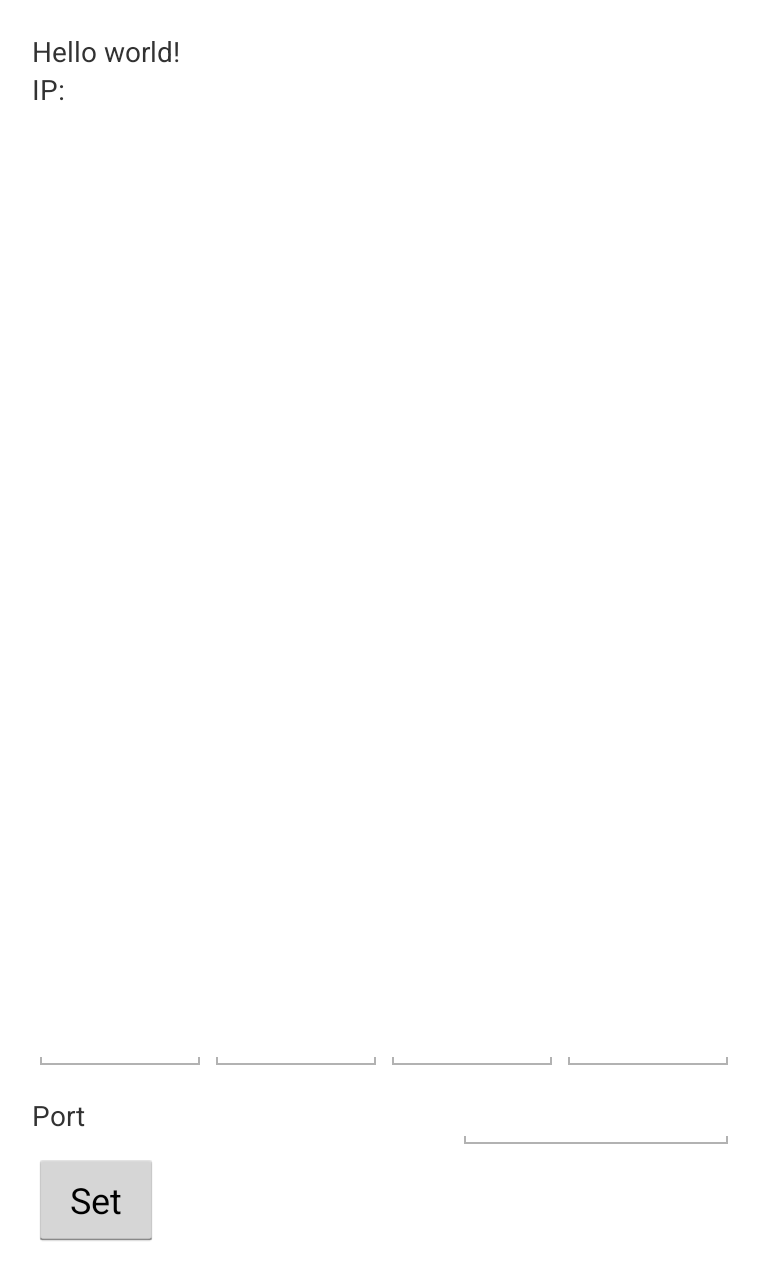
Repository: hfutcgncas/Android
Layout: ToyCarV3/res/layout/activity_toy_car.xml
The author's editor kept a copy of each file at every save. The layout is drawn from the files as they stood at one save, then again after a run of saves.
It is drawn on a 768 x 1280 px phone screen (xhdpi) without system bars, with theme AppTheme; the app's code is not run.

Above is the layout before, as saved 2015-06-10 16:25:17.

### ToyCarV3/res/layout/activity_toy_car.xml
<RelativeLayout xmlns:android="http://schemas.android.com/apk/res/android"
    xmlns:tools="http://schemas.android.com/tools"
    android:layout_width="match_parent"
    android:layout_height="match_parent"
    android:paddingBottom="@dimen/activity_vertical_margin"
    android:paddingLeft="@dimen/activity_horizontal_margin"
    android:paddingRight="@dimen/activity_horizontal_margin"
    android:paddingTop="@dimen/activity_vertical_margin"
    tools:context=".ToyCarActivity" >



    <LinearLayout
        android:layout_width="wrap_content"
        android:layout_height="wrap_content"
        android:layout_alignParentBottom="true"
        android:layout_alignParentLeft="true"
        android:layout_alignParentRight="true"
        android:layout_alignParentTop="true"
        android:orientation="vertical" >

        <TextView
	        android:id="@+id/DispTxt"
	        android:layout_width="wrap_content"
	        android:layout_height="wrap_content"
	        android:text="@string/hello_world" />

        <TextView
                android:id="@+id/textView1"
                android:layout_width="wrap_content"
                android:layout_height="wrap_content"
                android:layout_weight="0.54"
                android:text="IP:" />
        <LinearLayout
            android:layout_width="match_parent"
            android:layout_height="wrap_content" >

            <EditText
                android:id="@+id/editText_ip1"
                android:layout_width="73dp"
                android:layout_height="wrap_content"
                android:layout_weight="1"
                android:ems="10"
                android:inputType="number" />

            <EditText
                android:id="@+id/editText_ip2"
                android:layout_width="73dp"
                android:layout_height="wrap_content"
                android:layout_weight="1"
                android:ems="10"
                android:inputType="number" />

            <EditText
                android:id="@+id/editText_ip3"
                android:layout_width="73dp"
                android:layout_height="wrap_content"
                android:layout_weight="1"
                android:ems="10"
                android:inputType="number" />

            <EditText
                android:id="@+id/editText_ip4"
                android:layout_width="73dp"
                android:layout_height="wrap_content"
                android:layout_weight="1"
                android:ems="10"
                android:inputType="number" />

        </LinearLayout>

        <LinearLayout
            android:layout_width="match_parent"
            android:layout_height="wrap_content" >

            <TextView
                android:id="@+id/textView1"
                android:layout_width="wrap_content"
                android:layout_height="wrap_content"
                android:layout_weight="0.54"
                android:text="Port" />

            <EditText
                android:id="@+id/editText_port"
                android:layout_width="140dp"
                android:layout_height="wrap_content"
                android:ems="10"
                android:inputType="number" >
            </EditText>
        </LinearLayout>

        <Button
            android:id="@+id/button_Set"
            android:layout_width="wrap_content"
            android:layout_height="wrap_content"
            android:text="Set" />

    </LinearLayout>

</RelativeLayout>

### ToyCarV3/res/values/strings.xml
<?xml version="1.0" encoding="utf-8"?>
<resources>

    <string name="app_name">ToyCarV3</string>
    <string name="action_settings">Settings</string>
    <string name="hello_world">Hello world!</string>

</resources>

Loaded but not shown: ToyCarV3/res/values/styles.xml (common file); ToyCarV3/res/values-v11/styles.xml (common file); ToyCarV3/res/values-v14/styles.xml (common file); ToyCarV3/res/values/dimens.xml (common file)

After the next 4 saves:
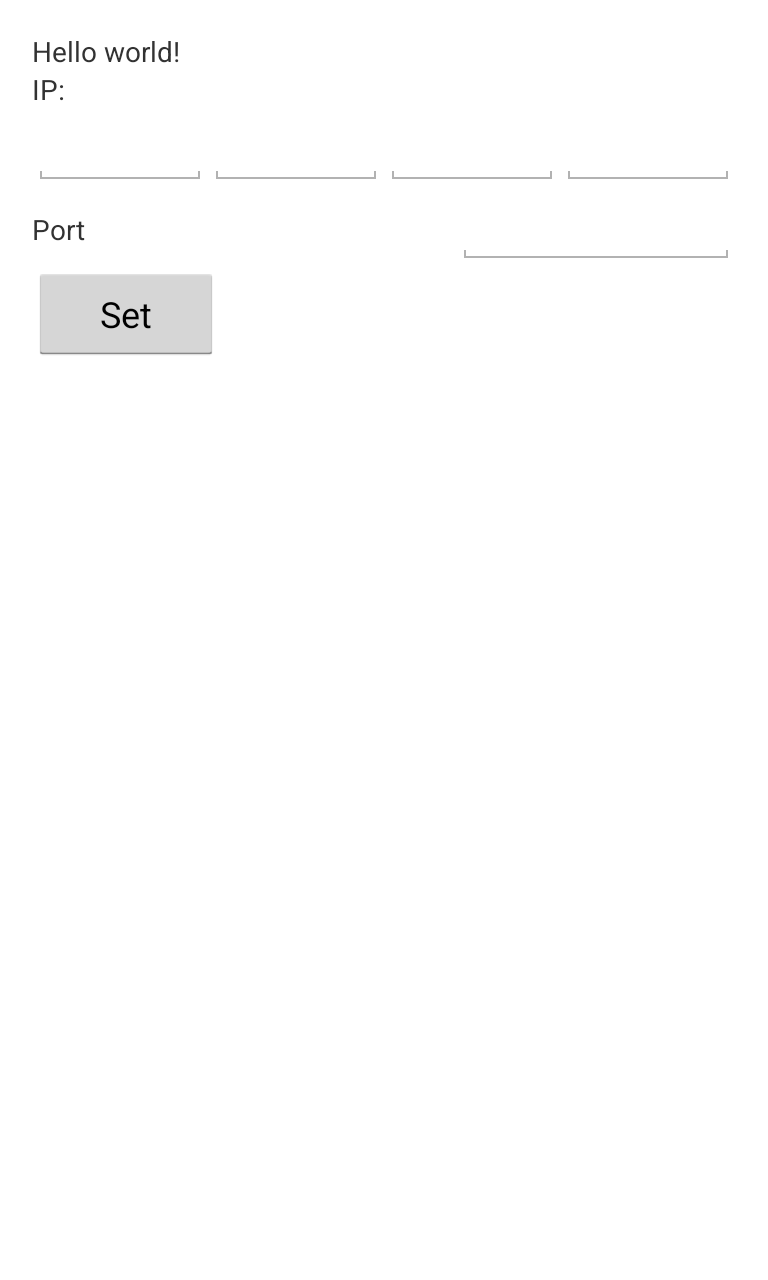
The 4 saves are shown as one change because 3 did not build or start.
The last was saved 3 min 32 s later.
--- a/ToyCarV3/res/layout/activity_toy_car.xml
+++ b/ToyCarV3/res/layout/activity_toy_car.xml
@@ -25,12 +25,13 @@
 	        android:layout_height="wrap_content"
 	        android:text="@string/hello_world" />
 
+
         <TextView
-                android:id="@+id/textView1"
-                android:layout_width="wrap_content"
-                android:layout_height="wrap_content"
-                android:layout_weight="0.54"
-                android:text="IP:" />
+	        android:id="@+id/TextView_IP"
+	        android:layout_width="wrap_content"
+	        android:layout_height="wrap_content"
+	        android:text="IP:" />
+
         <LinearLayout
             android:layout_width="match_parent"
             android:layout_height="wrap_content" >
@@ -91,7 +92,7 @@
 
         <Button
             android:id="@+id/button_Set"
-            android:layout_width="wrap_content"
+            android:layout_width="94dp"
             android:layout_height="wrap_content"
             android:text="Set" />
 
